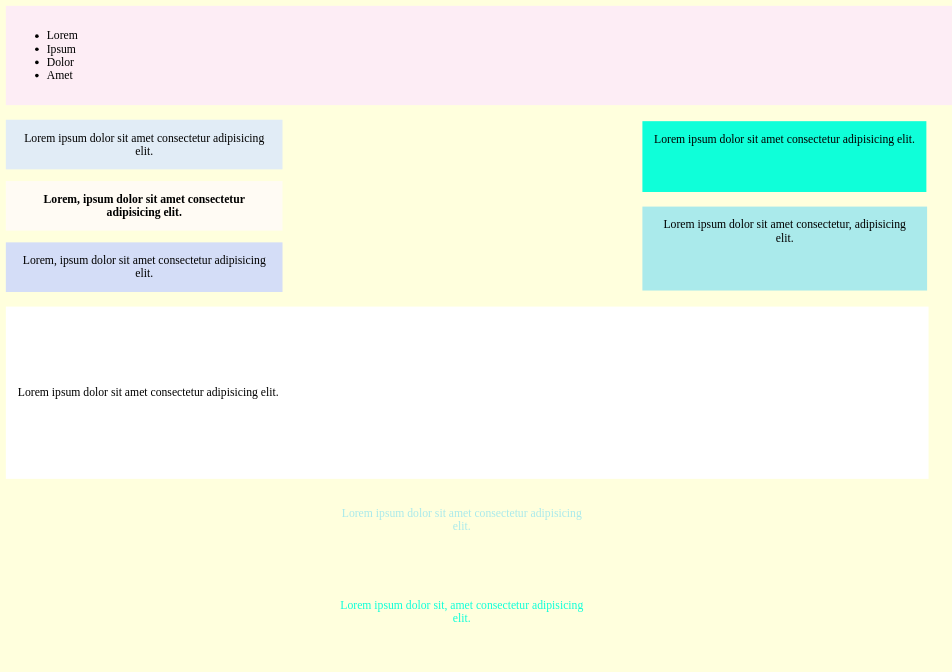
Repository: HTML-a-CSS-2/projekt-portfolio-Angelina555555
Page: .github/index.html
These files come from the project's save history. The page is drawn as it stood at one moment and after the next save; the edit follows.
The browser window is 1280 px wide. The page is 1304 px wide, so the pictures cover 1304 px, including what lies to the right of the window. The pictures show the whole page, at 73% of full size.

Above is the page before, as saved 2022-05-15 22:00:40.

After the next save:
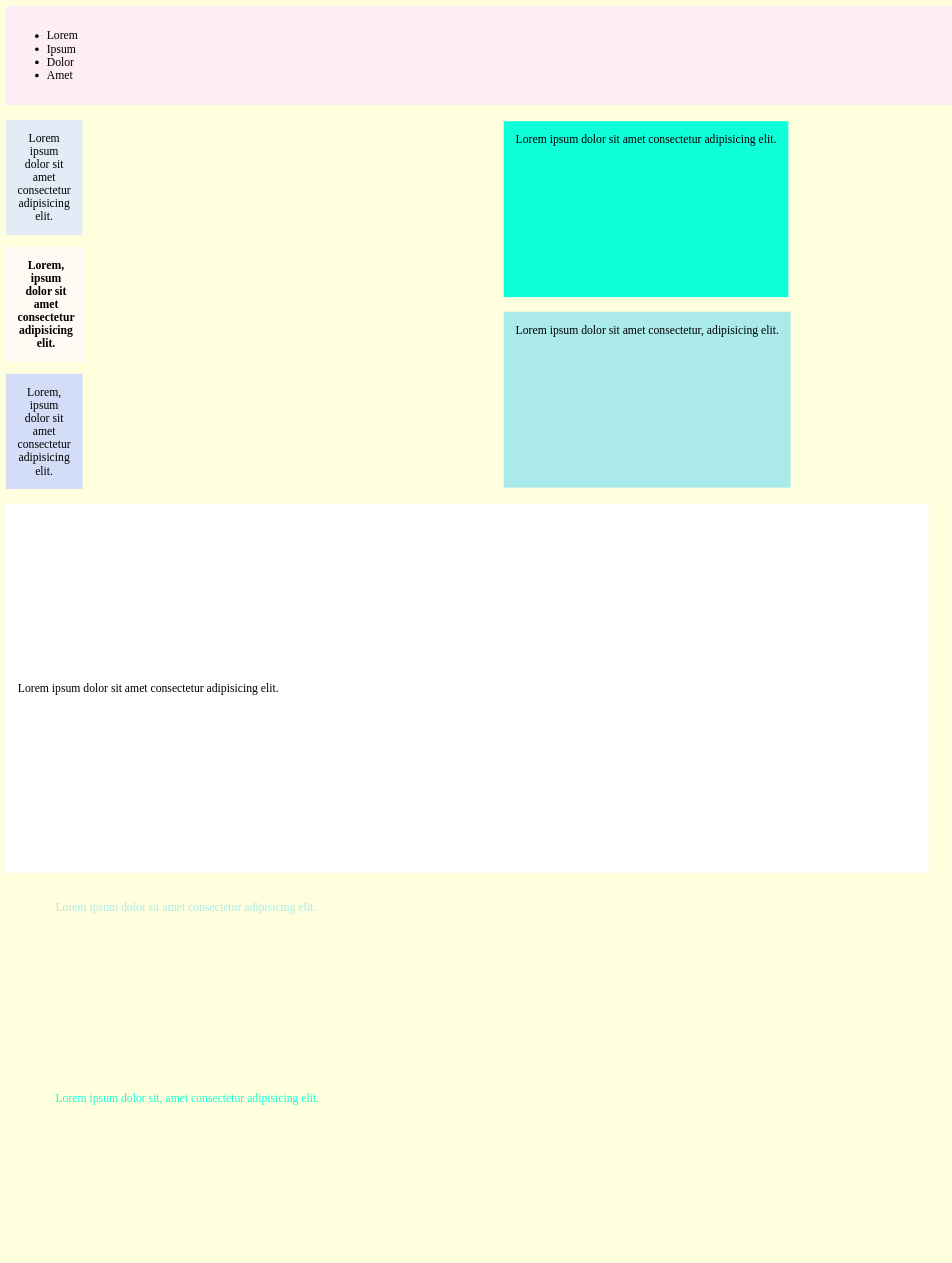
Saved 41 s later.
--- a/.github/default.css
+++ b/.github/default.css
@@ -4,7 +4,7 @@
 .container {
   display: grid;
   grid-template-columns: repeat(3, 1fr);
-  grid-template-columns: minmax(30%, 1fr);
+  grid-template-columns: minmax(0, 1fr);
   grid-template-rows: 1fr 1fr 1fr;
   gap: 20px 50px;
 }

After the save that followed:
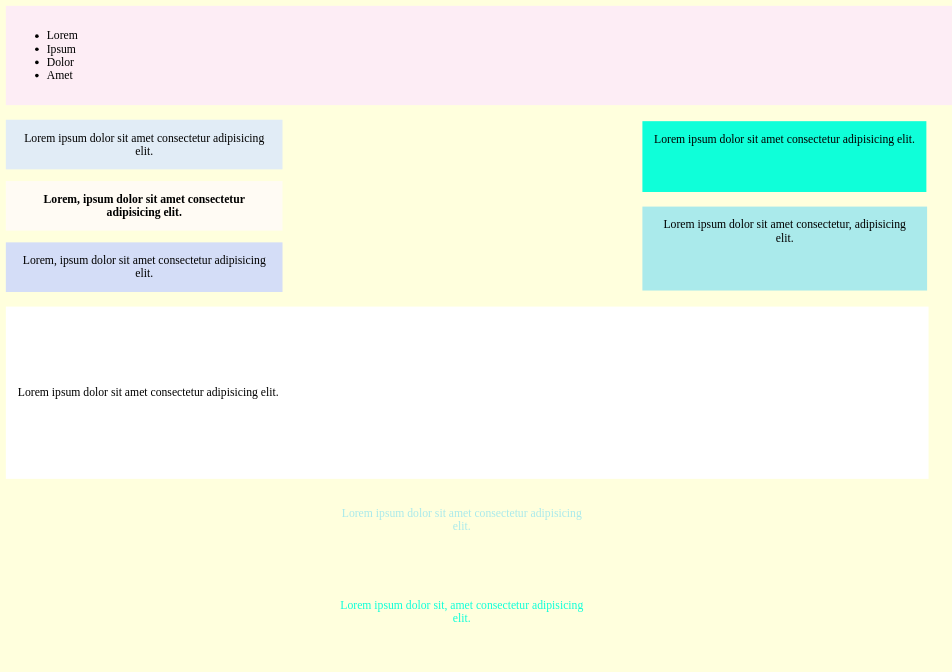
Saved 16 s later.
--- a/.github/default.css
+++ b/.github/default.css
@@ -4,7 +4,7 @@
 .container {
   display: grid;
   grid-template-columns: repeat(3, 1fr);
-  grid-template-columns: minmax(0, 1fr);
+  grid-template-columns: minmax(30%, 1fr);
   grid-template-rows: 1fr 1fr 1fr;
   gap: 20px 50px;
 }
